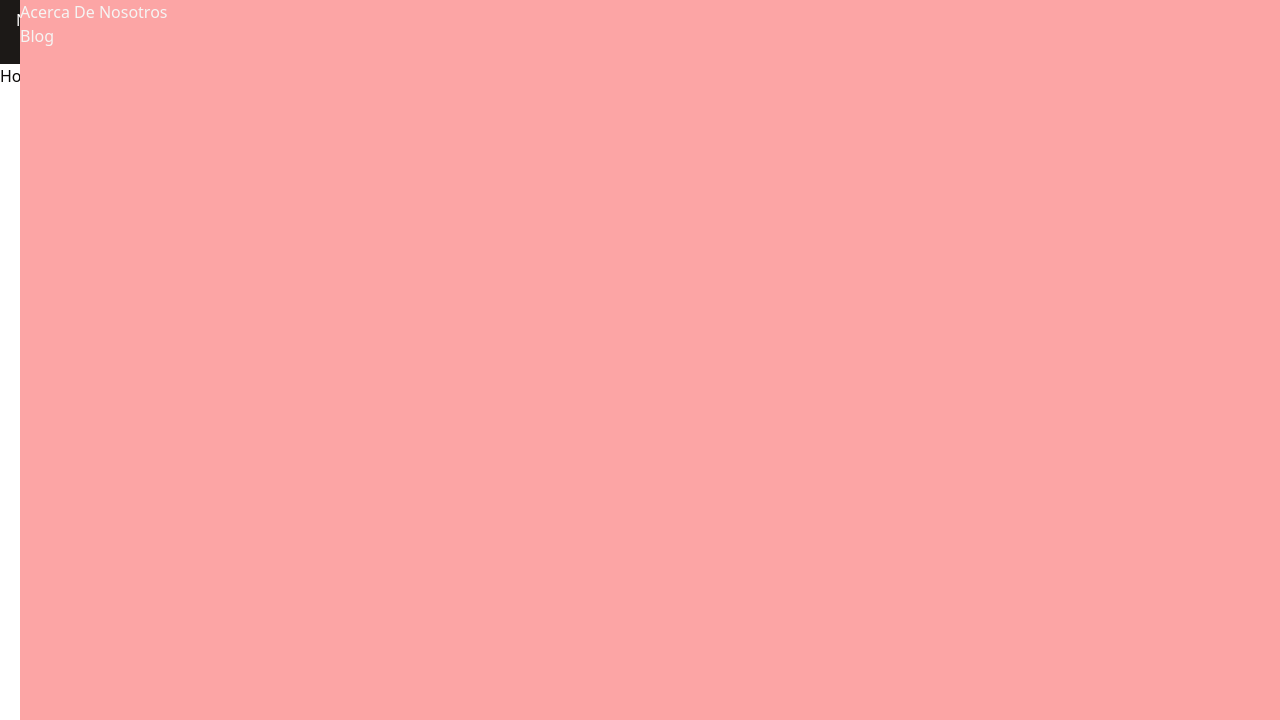
Repository: jefrydep/new-horizont-school
Page: /
An editor plug-in stored every save of this project. The page is shown before and after the next save, followed by the edit.
The browser window is 1280 px wide. The pictures show the whole page.
The project was rebuilt for these pictures with package versions that can differ from the ones it lists, and the page was loaded fresh each time. The framework's server and built-in components were replaced by stand-ins that run in the browser. Also part of the build but not shown: next.config.ts.

Above is the page before, as saved 2024-11-07 18:11:34.

### src/app/layout.tsx
import type { Metadata } from "next";
import localFont from "next/font/local";
import "./globals.css";
import Navbar from "@/components/Navbar";
import { Button } from "@/components/ui/button";

const geistSans = localFont({
  src: "./fonts/GeistVF.woff",
  variable: "--font-geist-sans",
  weight: "100 900",
});
const geistMono = localFont({
  src: "./fonts/GeistMonoVF.woff",
  variable: "--font-geist-mono",
  weight: "100 900",
});

export const metadata: Metadata = {
  title: "Create Next App",
  description: "Generated by create next app",
};

export default function RootLayout({
  children,
}: Readonly<{
  children: React.ReactNode;
}>) {
  return (
    <html lang="en">
      <body
        className={`   ${geistSans.variable} ${geistMono.variable} antialiased`}
      >
        <Navbar />
        {children}
        <div className=" sm:hidden bg-white border flex justify-center py-3  absolute bottom-0 right-0 left-0">
          <Button className="bg-green-500">
            <span>w</span> Contacto
          </Button>
        </div>
        {/* <div className="absolute bg-red-400 bottom-0 left-1/2 transform -translate-x-1/2 mb-4">
          <Button>Contacto</Button>
        </div> */}
      </body>
    </html>
  );
}

### src/app/(new-horizont-school)/layout.tsx
// import type { Metadata } from "next";
// import localFont from "next/font/local";

import Navbar from "@/components/Navbar";

// const geistSans = localFont({
//   src: "./fonts/GeistVF.woff",
//   variable: "--font-geist-sans",
//   weight: "100 900",
// });
// const geistMono = localFont({
//   src: "./fonts/GeistMonoVF.woff",
//   variable: "--font-geist-mono",
//   weight: "100 900",
// });

// export const metadata: Metadata = {
//   title: "Create Next App",
//   description: "Generated by create next app",
// };

export default function SchoolLayout({
  children,
}: Readonly<{
  children: React.ReactNode;
}>) {
  return (
    <html lang="en">
      <body
      // className={`${geistSans.variable} ${geistMono.variable} antialiased`}
      >
        {children}
      </body>
    </html>
  );
}

### src/app/globals.css
@tailwind base;
@tailwind components;
@tailwind utilities;

/* :root {
  --background: #ffffff;
  --foreground: #171717;
}

@media (prefers-color-scheme: dark) {
  :root {
    --background: #0a0a0a;
    --foreground: #ededed;
  }
}

body {
  color: var(--foreground);
  background: var(--background);
  font-family: Arial, Helvetica, sans-serif;
} */
@layer base {
  :root {
    --background: 0 0% 100%;
    --foreground: 20 14.3% 4.1%;
    --card: 0 0% 100%;
    --card-foreground: 20 14.3% 4.1%;
    --popover: 0 0% 100%;
    --popover-foreground: 20 14.3% 4.1%;
    --primary: 24 9.8% 10%;
    --primary-foreground: 60 9.1% 97.8%;
    --secondary: 60 4.8% 95.9%;
    --secondary-foreground: 24 9.8% 10%;
    --muted: 60 4.8% 95.9%;
    --muted-foreground: 25 5.3% 44.7%;
    --accent: 60 4.8% 95.9%;
    --accent-foreground: 24 9.8% 10%;
    --destructive: 0 84.2% 60.2%;
    --destructive-foreground: 60 9.1% 97.8%;
    --border: 20 5.9% 90%;
    --input: 20 5.9% 90%;
    --ring: 20 14.3% 4.1%;
    --chart-1: 12 76% 61%;
    --chart-2: 173 58% 39%;
    --chart-3: 197 37% 24%;
    --chart-4: 43 74% 66%;
    --chart-5: 27 87% 67%;
    --radius: 0.5rem
  }
  .dark {
    --background: 20 14.3% 4.1%;
    --foreground: 60 9.1% 97.8%;
    --card: 20 14.3% 4.1%;
    --card-foreground: 60 9.1% 97.8%;
    --popover: 20 14.3% 4.1%;
    --popover-foreground: 60 9.1% 97.8%;
    --primary: 60 9.1% 97.8%;
    --primary-foreground: 24 9.8% 10%;
    --secondary: 12 6.5% 15.1%;
    --secondary-foreground: 60 9.1% 97.8%;
    --muted: 12 6.5% 15.1%;
    --muted-foreground: 24 5.4% 63.9%;
    --accent: 12 6.5% 15.1%;
    --accent-foreground: 60 9.1% 97.8%;
    --destructive: 0 62.8% 30.6%;
    --destructive-foreground: 60 9.1% 97.8%;
    --border: 12 6.5% 15.1%;
    --input: 12 6.5% 15.1%;
    --ring: 24 5.7% 82.9%;
    --chart-1: 220 70% 50%;
    --chart-2: 160 60% 45%;
    --chart-3: 30 80% 55%;
    --chart-4: 280 65% 60%;
    --chart-5: 340 75% 55%
  }
}
@layer base {
  * {
    @apply border-border;
  }
  body {
    @apply bg-background text-foreground;
  }
}

### src/components/Navbar.tsx
"use client";
import { Menu } from "lucide-react";
import Link from "next/link";

export default function Navbar() {
  return (
    <header className="bg-primary h-16">
      <div className="flex justify-between m-auto      container px-4 py-2  ">
        <div className="text-white">New Horizont</div>
        <nav className="outline-none hidden sm:block list-none">
          <li className="text-secondary">
            <Link href={"/about"}>Acerca De Nosotros</Link>
          </li>
          <li className="text-secondary">
            <Link href={"/blog"}>Blog</Link>
          </li>
        </nav>
        <nav className="outline-none absolute top-0 bottom-0 right-0 left-5  bg-red-300 z-30  list-none">
          <li className="text-secondary">
            <Link href={"/about"}>Acerca De Nosotros</Link>
          </li>
          <li className="text-secondary">
            <Link href={"/blog"}>Blog</Link>
          </li>
        </nav>
        <div className="  sm:hidden">
          <Menu color="white" size={45} />
        </div>
        {/* <li className="text-secondary">
            <Link href={"/about"}>About</Link>
          </li> */}
      </div>
    </header>
  );
}

### src/components/ui/button.tsx
import * as React from "react"
import { Slot } from "@radix-ui/react-slot"
import { cva, type VariantProps } from "class-variance-authority"

import { cn } from "@/lib/utils"

const buttonVariants = cva(
  "inline-flex items-center justify-center gap-2 whitespace-nowrap rounded-md text-sm font-medium transition-colors focus-visible:outline-none focus-visible:ring-1 focus-visible:ring-ring disabled:pointer-events-none disabled:opacity-50 [&_svg]:pointer-events-none [&_svg]:size-4 [&_svg]:shrink-0",
  {
    variants: {
      variant: {
        default:
          "bg-primary text-primary-foreground shadow hover:bg-primary/90",
        destructive:
          "bg-destructive text-destructive-foreground shadow-sm hover:bg-destructive/90",
        outline:
          "border border-input bg-background shadow-sm hover:bg-accent hover:text-accent-foreground",
        secondary:
          "bg-secondary text-secondary-foreground shadow-sm hover:bg-secondary/80",
        ghost: "hover:bg-accent hover:text-accent-foreground",
        link: "text-primary underline-offset-4 hover:underline",
      },
      size: {
        default: "h-9 px-4 py-2",
        sm: "h-8 rounded-md px-3 text-xs",
        lg: "h-10 rounded-md px-8",
        icon: "h-9 w-9",
      },
    },
    defaultVariants: {
      variant: "default",
      size: "default",
    },
  }
)

export interface ButtonProps
  extends React.ButtonHTMLAttributes<HTMLButtonElement>,
    VariantProps<typeof buttonVariants> {
  asChild?: boolean
}

const Button = React.forwardRef<HTMLButtonElement, ButtonProps>(
  ({ className, variant, size, asChild = false, ...props }, ref) => {
    const Comp = asChild ? Slot : "button"
    return (
      <Comp
        className={cn(buttonVariants({ variant, size, className }))}
        ref={ref}
        {...props}
      />
    )
  }
)
Button.displayName = "Button"

export { Button, buttonVariants }

Loaded but not shown: src/app/(new-horizont-school)/page.tsx (common file); src/lib/utils.ts (common file); tailwind.config.ts (common file)

After the next save:
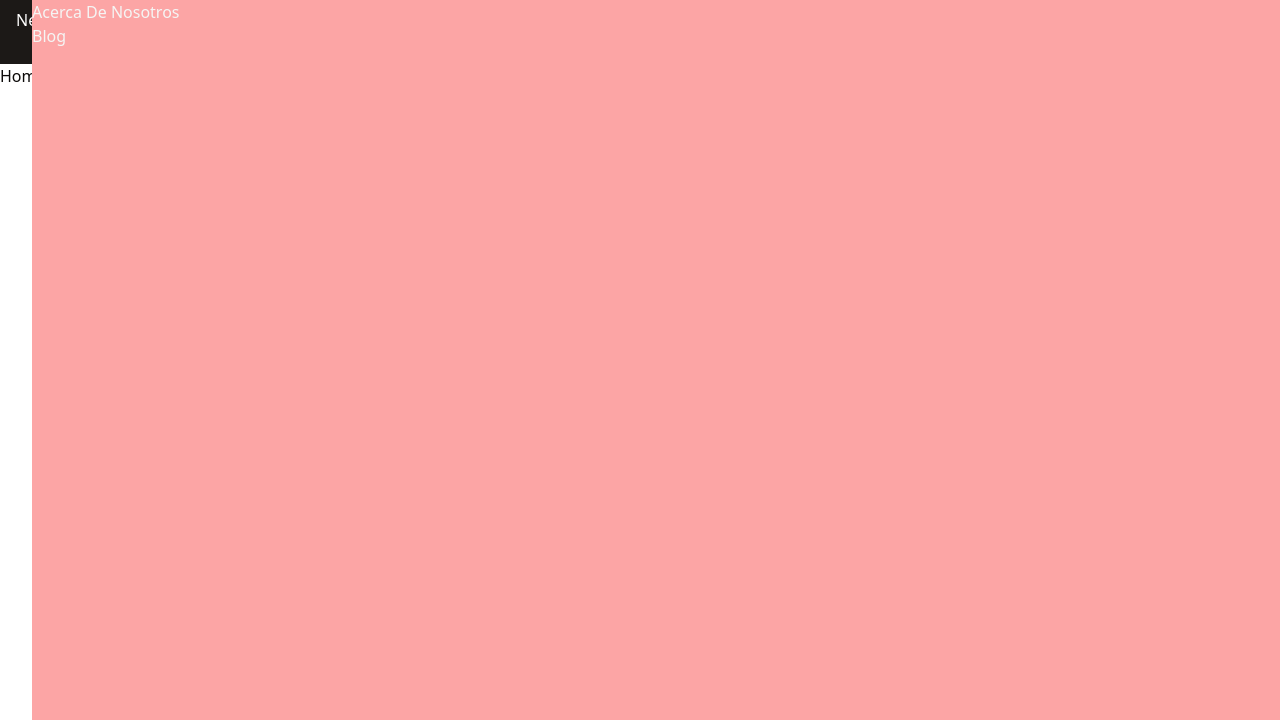
Saved 4 s later.
--- a/src/components/Navbar.tsx
+++ b/src/components/Navbar.tsx
@@ -15,7 +15,7 @@ export default function Navbar() {
             <Link href={"/blog"}>Blog</Link>
           </li>
         </nav>
-        <nav className="outline-none absolute top-0 bottom-0 right-0 left-5  bg-red-300 z-30  list-none">
+        <nav className="outline-none absolute top-0 bottom-0 right-0 left-8  bg-red-300 z-30  list-none">
           <li className="text-secondary">
             <Link href={"/about"}>Acerca De Nosotros</Link>
           </li>
